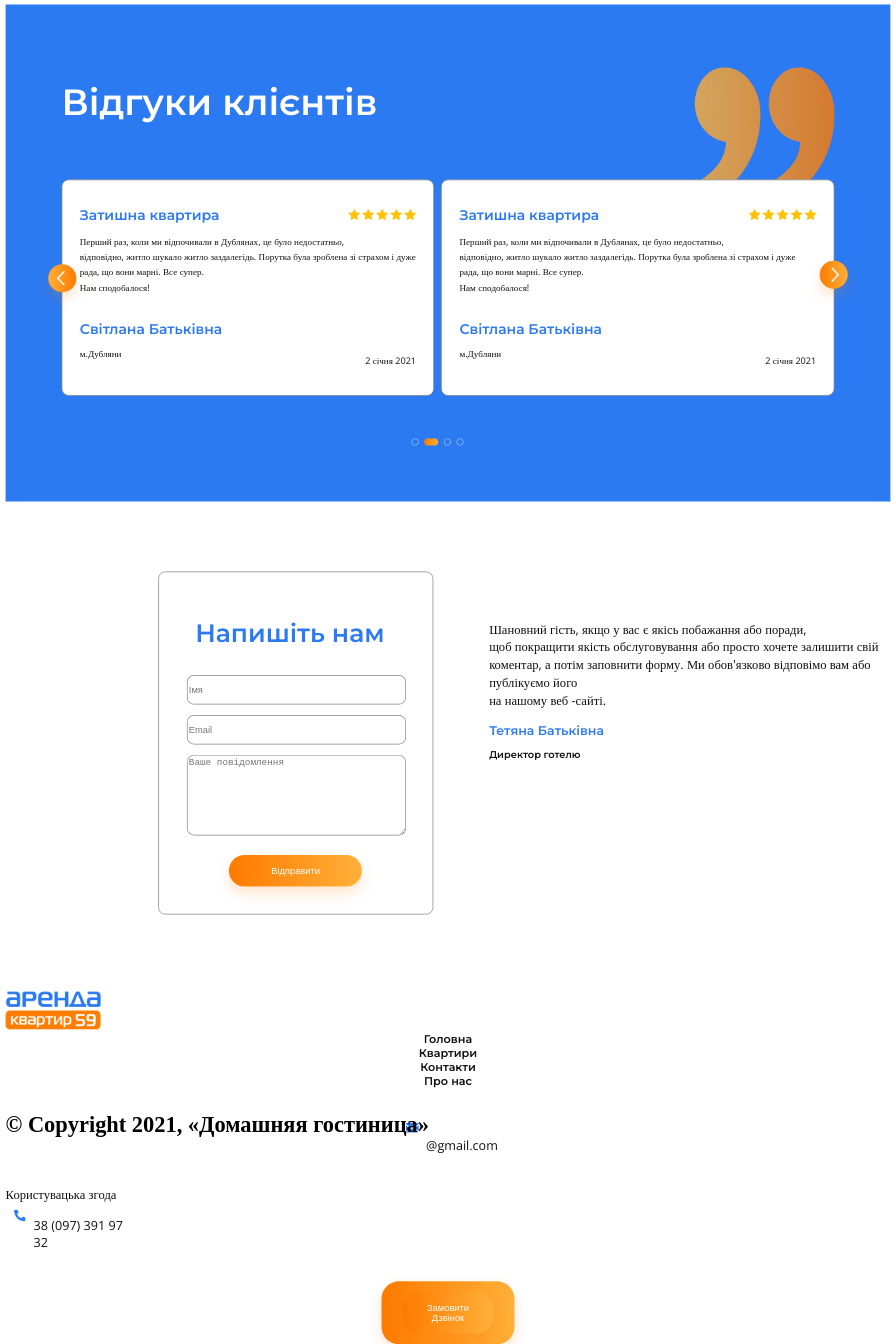
Repository: batonAnton/HW-7-grid
Page: index.html
These files come from the project's save history. The page is drawn as it stood at one moment and after the next save; the edit follows.
The browser window is 1280 px wide. The pictures show the part of the page from y = 3119 to 5039 px (the page is 5039 px tall), at 70% of full size.

Above is the page before, as saved 2022-07-06 14:13:58.

After the next save:
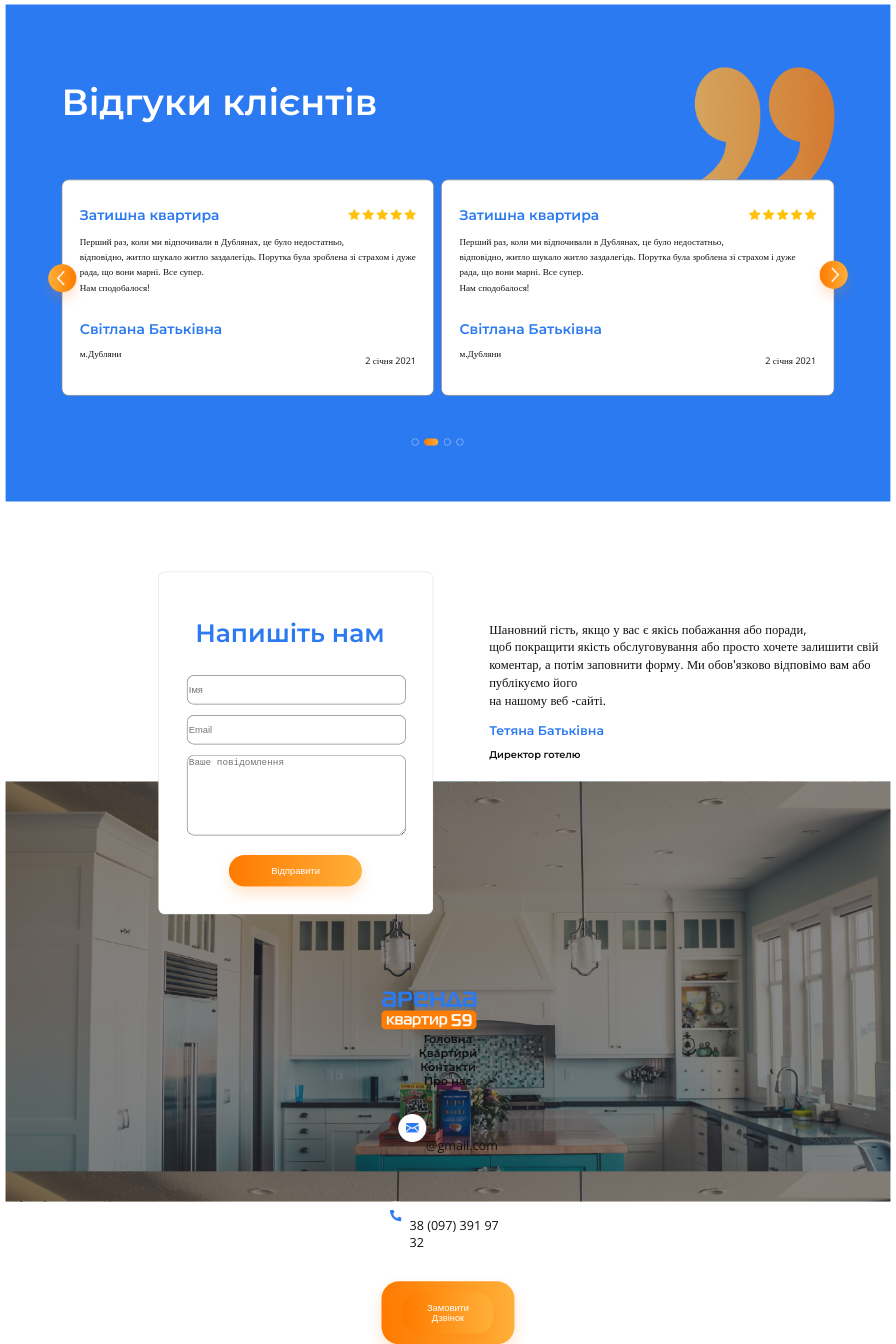
Saved 72 s later.
--- a/css/styles2.css
+++ b/css/styles2.css
@@ -624,8 +624,10 @@ border-radius: 25px;
   grid-row: 1/4;
   width: 393px;
   height: 490px;
-  border: 1px solid gray;
-  border-radius: 10px;
+  border: 1px solid rgba(17, 17, 17, 0.1);
+  border-radius: 10px;
+  z-index: 1;
+  background-color: #ffffff;
 }
 
 form{
@@ -695,11 +697,16 @@ form textarea{
 
 .bannerFooter{
   grid-column: 1/6;
-  grid-row: 3/6;
+  grid-row: 3/7;
+  z-index: 0;
+  background: linear-gradient(rgba(17, 17, 17, 0.5), rgba(17, 17, 17, 0.5)), url(../images/footer/big-img.png);
 }
 footer{
   grid-column: 1/6;
   grid-row: 5/6;
+  z-index: 1;
+  display: inline-flex;
+  justify-content: space-around;
 }
 
 .copyright{
